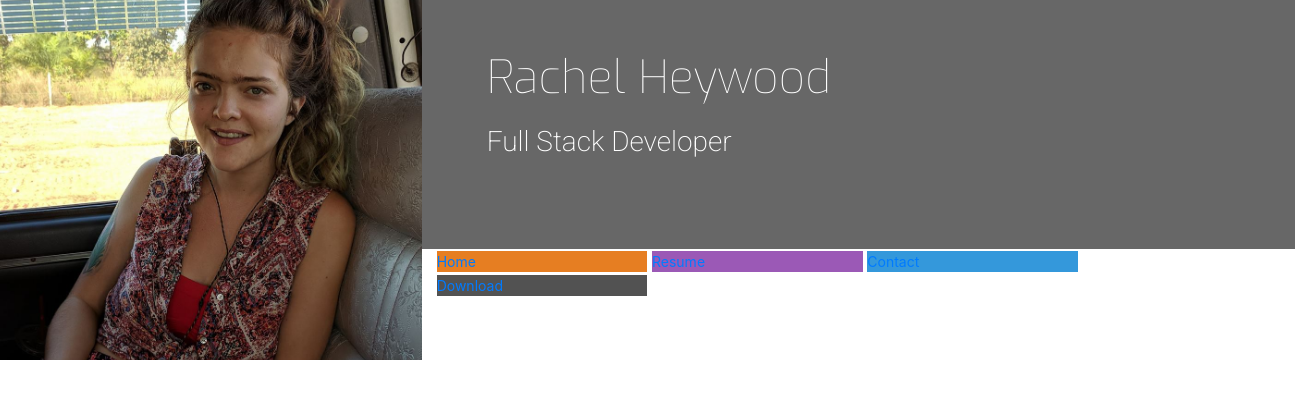
Repository: Heywood93/resume
Page: index.html
The author's editor kept a record of every edit. The page is drawn from the files as they stood at one moment, then again after the next edit.
The browser window is 1280 px wide. The page is 1295 px wide, so the pictures cover 1295 px, including what lies to the right of the window. The pictures show the whole page.

Above is the page before.

### index.html
<!DOCTYPE html>
<html lang="en">
<head>
    <meta charset="UTF-8">
    <meta name="viewport" content="width=device-width, initial-scale=1.0">
    <meta http-equiv="X-UA-Compatible" content="ie=edge">
    <link rel="stylesheet" href="https://stackpath.bootstrapcdn.com/bootstrap/4.3.1/css/bootstrap.min.css" type="text/css" />
    <link rel="stylesheet" href="https://stackpath.bootstrapcdn.com/font-awesome/4.7.0/css/font-awesome.min.css" type="text/css" />
    <link rel="stylesheet" href="assets/css/style.css" type="text/css" />
    <title>Rachel Heywood</title>
</head>
<body>
    <header>
        <div class="row">
            <a href="index.html" class="col-md-4 logo">

            </a>
            <div class="col-md-8">
                <div class="row bg-color-name-title">
                    <div class="col heading">
                        <h1 class="name">Rachel Heywood</h1>
                        <h2 class="title">Full Stack Developer</h2>
                    </div>
                </div>
                <div class="row">
                    <div class="col">
                        <ul id="nav" class="list-inline">
                            <li class="col-6 col-sm-3 ui-menu-color-home list-inline-item">
                                <a href="#"><span>Home</span></a>
                            </li>
                            <li class="col-6 col-sm-3 ui-menu-color-resume list-inline-item">
                                <a href="#"><span>Resume</span></a>
                            </li>
                            <li class="col-6 col-sm-3 ui-menu-color-contact list-inline-item">
                                <a href="#"><span>Contact</span></a>
                            </li>
                            <li class="col-6 col-sm-3 ui-menu-color-download list-inline-item">
                                <a href="#"><span>Download</span></a>
                            </li>
                        </ul>
                    </div>
                </div>
            </div>
        </div>

    </header>
    <section>

    </section>
    <footer>

    </footer>
</body>
</html>

### assets/css/style.css
@import url('https://fonts.googleapis.com/css?family=Roboto:100,200,300,400,500,600,700|Exo:100,200,300,400,500,600,700');

/*----------Colors */

.bg-color-name-title {
    background-color: #676767;
}

.ui-menu-color-home {
    background-color: #e67e22
}

.ui-menu-color-resume {
    background-color: #9b59b6
}

.ui-menu-color-contact {
    background-color: #3498db
}

.ui-menu-color-download {
    background-color: #525252
}

/*----------Heading */

header {
    margin: 0;
}

.heading {
    margin-left : 50px;
}

.logo {
    background: url(../images/profile-picture.jpg);
    background-position: center;
    background-repeat: no-repeat;
    background-size: cover;
    min-height: 360px;
    transition: all .5s ease-in-out;
    -moz-transition: all .5s ease-in-out;
    -webkit-transition: all .5s ease-in-out;
}

.name {
    font-family: "Exo", sans-serif;
    font-weight: 100;
    font-size: 46px;
    margin-top: 50px;
    color: #fff;
}

.title {
    font-family: "Roboto", sans-serif;
    font-weight: 200;
    font-size: 28px;
    margin-top: 20px;
    margin-bottom: 90px;
    color: #fff;
}

.list-inline-item:not(:last-child) {
    margin: 0;
}

.menucontainer {
    font-size: 0;
}

#nav {
    margin: 0;
}

#nav li {
    font-size: 14px;
    padding: 0;
}

.menuitem {
    height: 120px;
    text-align: center;
    padding: 0;
}

.menuitem a {
    width: 100%;
    text-decoration: none;
    color: #fff;
    height: 120px;
}

.menuitem a i {
    padding-top: 22px;
    display: block;
    color: #fafafa;
    font-size: 26px;
}

.menuitem span {
    display: block;
    width: 100%;
    padding-top: 5px;
    text-align: center;
    text-transform: uppercase;
    font-size: 14px;
    font-weight: 300;
    letter-spacing: 2px;
}

/*----------Hover.css */

.hvr-sweep-to-bottom:before {
    background: rgba(0, 0, 0, 0.2);
    height: 120px;
}

After the next edit:
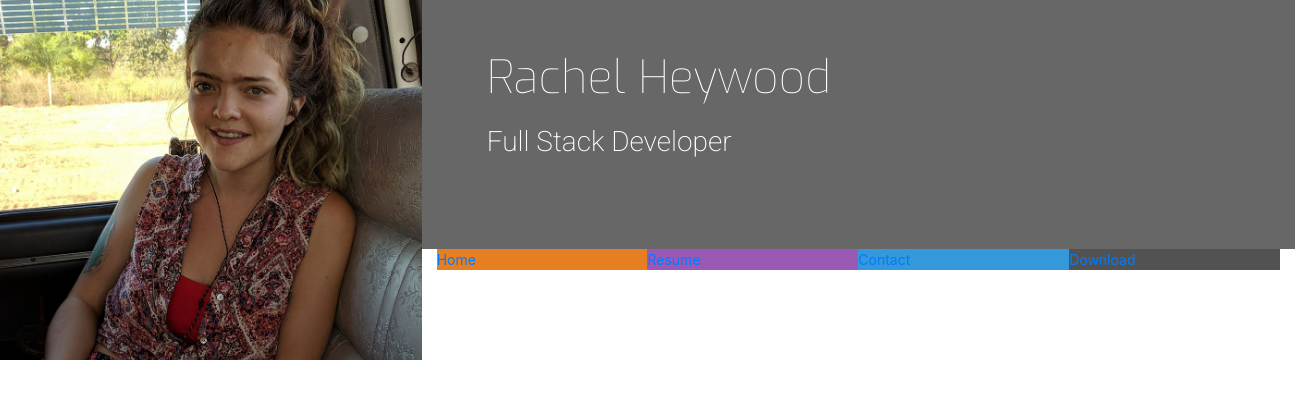
The edit:
--- a/index.html
+++ b/index.html
@@ -24,7 +24,7 @@
                 </div>
                 <div class="row">
                     <div class="col">
-                        <ul id="nav" class="list-inline">
+                        <ul id="nav" class="list-inline menucontainer">
                             <li class="col-6 col-sm-3 ui-menu-color-home list-inline-item">
                                 <a href="#"><span>Home</span></a>
                             </li>
